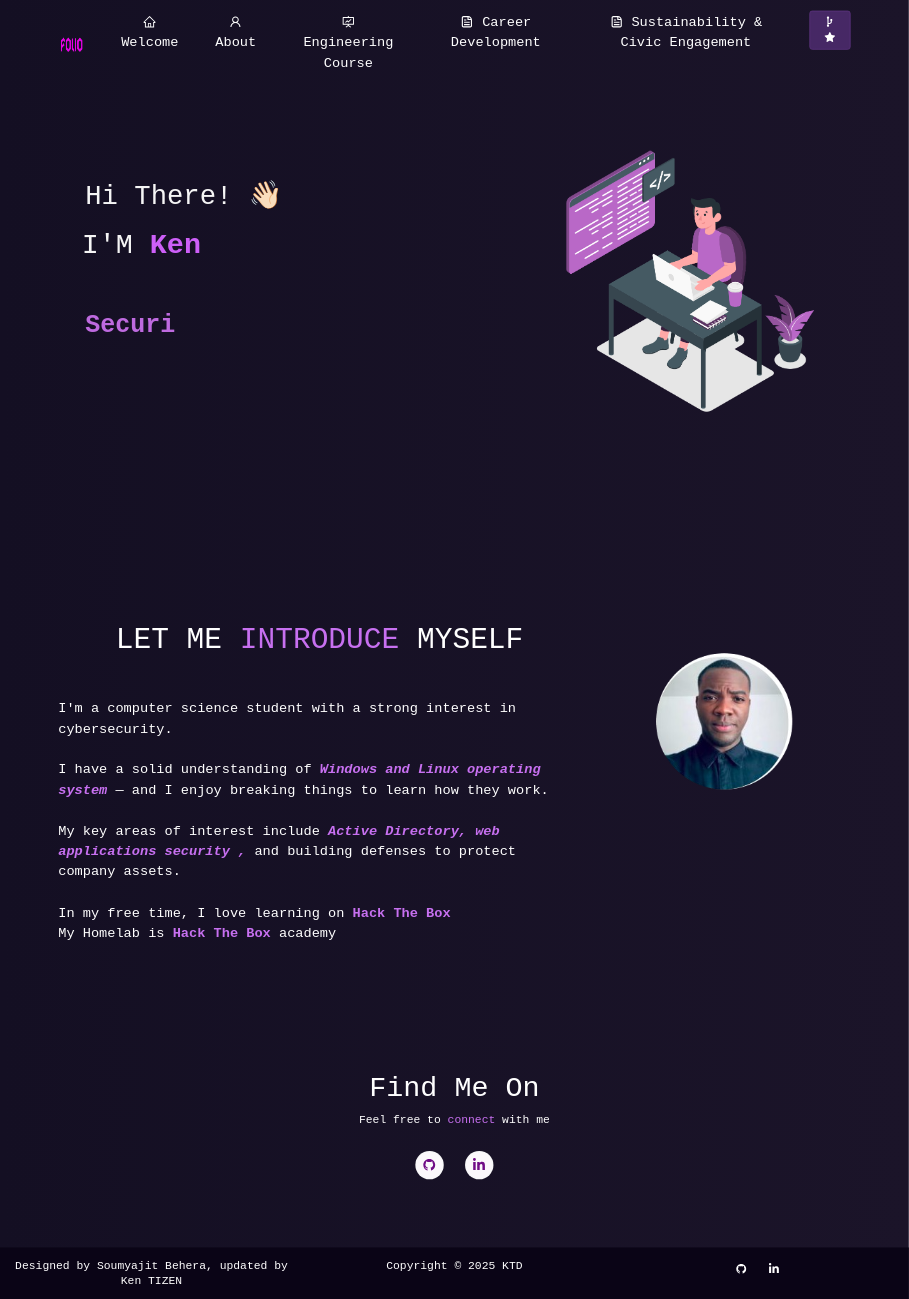
Repository: KenTizen17/ktdportfolio
Page: /
An editor plug-in stored every save of this project. The page is shown before and after the next save, followed by the edit.
The browser window is 1280 px wide. The pictures show the whole page, at 71% of full size.
Some web fonts or font styles are not loaded; a fallback is used. The project was rebuilt for these pictures with package versions that can differ from the ones it lists, and the page was loaded fresh each time. Also part of the build but not shown: src/components/About/Github.js, src/components/About/Techstack.js, src/components/About/AboutCard.js, src/components/About/Toolstack.js, src/components/About/About.js, src/components/Projects/ProjectCards.js, src/components/Projects/Projects.js, src/components/Resume/ResumeNew.js and 3 more. Imported but missing from the stored project, and not drawn on this page: src/Assets/CVKEN.pdf, src/Assets/CVKENFrench1.pdf, src/Assets/Ken_TIZEN-CEP.pdf.

Above is the page before, as saved 2025-11-30 18:08:52.

### public/index.html
<!DOCTYPE html>
<html lang="en">
  <head>
    <meta charset="utf-8" />
    <link rel="icon" href="%PUBLIC_URL%/favicon.png" />
    <meta name="viewport" content="width=device-width, initial-scale=1" />
    <meta name="theme-color" content="#000000" />
    <meta
      name="description"
      content="Web site created using create-react-app"
    />
    <link rel="manifest" href="%PUBLIC_URL%/manifest.json" />
    <title>Ken | Portfolio</title>
    <meta name="description" content="Forked website build with React.js" />

    <!-- Google / Search Engine Tags -->
    <meta itemprop="name" content="Ken | Portfolio" />
    <meta itemprop="description" content="Forked website build with React.js" />
    <meta
      itemprop="image"
      content="https://raw.githubusercontent.com/soumyajit4419/Portfolio/master/Images/readme-img.png?token=AK7VCIF5RYEUZZAURELPTAC76U6AK"
    />
  </head>

  <body>
    <noscript>You need to enable JavaScript to run this app.</noscript>
    <div id="root"></div>
  </body>
</html>

### src/components/Navbar.js
import React, { useState } from "react";
import Navbar from "react-bootstrap/Navbar";
import Nav from "react-bootstrap/Nav";
import Container from "react-bootstrap/Container";
import logo from "../Assets/brand4.png";
import Button from "react-bootstrap/Button";
import { Link } from "react-router-dom";
import { CgGitFork } from "react-icons/cg";
import {
  AiFillStar,
  AiOutlineHome,
  AiOutlineFundProjectionScreen,
  AiOutlineUser,
} from "react-icons/ai";

import { CgFileDocument } from "react-icons/cg";

function NavBar() {
  const [expand, updateExpanded] = useState(false);
  const [navColour, updateNavbar] = useState(false);

  function scrollHandler() {
    if (window.scrollY >= 20) {
      updateNavbar(true);
    } else {
      updateNavbar(false);
    }
  }

  window.addEventListener("scroll", scrollHandler);

  return (
    <Navbar
      expanded={expand}
      fixed="top"
      expand="md"
      className={navColour ? "sticky" : "navbar"}
    >
      <Container>
        <Navbar.Brand href="/" className="d-flex">
          <img src={logo} className="img-fluid logo" alt="brand" />
        </Navbar.Brand>
        <Navbar.Toggle
          aria-controls="responsive-navbar-nav"
          onClick={() => {
            updateExpanded(expand ? false : "expanded");
          }}
        >
          <span></span>
          <span></span>
          <span></span>
        </Navbar.Toggle>
        <Navbar.Collapse id="responsive-navbar-nav">
          <Nav className="ms-auto" defaultActiveKey="#home">
            <Nav.Item>
              <Nav.Link as={Link} to="/" onClick={() => updateExpanded(false)}>
                <AiOutlineHome style={{ marginBottom: "2px" }} /> Welcome
              </Nav.Link>
            </Nav.Item>

            <Nav.Item>
              <Nav.Link
                as={Link}
                to="/about"
                onClick={() => updateExpanded(false)}
              >
                <AiOutlineUser style={{ marginBottom: "2px" }} /> About
              </Nav.Link>
            </Nav.Item>

            <Nav.Item>
              <Nav.Link
                as={Link}
                to="/project"
                onClick={() => updateExpanded(false)}
              >
                <AiOutlineFundProjectionScreen
                  style={{ marginBottom: "2px" }}
                />{" "}
                Engineering Course
              </Nav.Link>
            </Nav.Item>

            <Nav.Item>
              <Nav.Link
                as={Link}
                to="/resume"
                onClick={() => updateExpanded(false)}
              >
                <CgFileDocument style={{ marginBottom: "2px" }} /> Career Development
              </Nav.Link>
            </Nav.Item>

            <Nav.Item>
              <Nav.Link
                as={Link}
                to="/civic"
                onClick={() => updateExpanded(false)}
              >
                <CgFileDocument style={{ marginBottom: "2px" }} /> Sustainability & Civic Engagement
              </Nav.Link>
            </Nav.Item>


            <Nav.Item className="fork-btn">
              <Button
                href="https://github.com/KenTizen17"
                target="_blank"
                className="fork-btn-inner"
              >
                <CgGitFork style={{ fontSize: "1.2em" }} />{" "}
                <AiFillStar style={{ fontSize: "1.1em" }} />
              </Button>
            </Nav.Item>
          </Nav>
        </Navbar.Collapse>
      </Container>
    </Navbar>
  );
}

export default NavBar;

### src/style.css
html {
  --section-background-color: linear-gradient(
    to bottom left,
    rgba(17, 16, 16, 0.582),
    rgba(12, 8, 24, 0.904)
  );

  --image-gradient: linear-gradient(
    to bottom left,
    rgba(17, 16, 16, 0.678),
    rgba(12, 10, 22, 0.863)
  );

  --imp-text-color: #c770f0;
}

.purple {
  color: var(--imp-text-color) !important;
}

button:focus {
  box-shadow: none !important;
}

/* --------- */
/*  Preloader */
/* --------- */
#preloader {
  position: fixed;
  top: 0;
  left: 0;
  width: 100%;
  height: 100%;
  z-index: 999999;
  background-color: #0c0513;
  background-image: url(./Assets/pre.svg);
  background-repeat: no-repeat;
  background-position: center;
}

#preloader-none {
  opacity: 0;
}

/* #preloader-none {
  opacity: 0;
  display: none;
} */

#no-scroll {
  overflow: hidden;
  height: 100vh;
}

/* --------- */
/*Scrollbar   */
/* --------- */

::-webkit-scrollbar {
  width: 7px;
}

/* Track */
::-webkit-scrollbar-track {
  background: #2d1950;
}

/* Handle */
::-webkit-scrollbar-thumb {
  background: rgba(178, 121, 216, 0.959);
  border-radius: 12px;
}

/* Handle on hover */
::-webkit-scrollbar-thumb:hover {
  background: rgba(222, 130, 235, 0.911);
  border-radius: 12px;
}

/* --------- */
/* Navbar Section  */
/* --------- */
.sticky {
  background-color: #1b1a2ea9 !important;
  transition: all 0.3s ease-out 0s !important;
  box-shadow: 0px 10px 10px 0px rgba(9, 5, 29, 0.171) !important;
  backdrop-filter: blur(15px) !important;
}

.navbar {
  position: fixed !important;
  transition: all 0.3s ease-out 0s !important;
  padding: 0.3rem 2rem !important;
  font-size: 1.2rem !important;

  display: flex !important;        /* make navbar a flex container */
  align-items: center !important;  /* vertically center items */
  justify-content: space-between !important; /* space between brand and toggler */
  flex-wrap: nowrap !important;    /* prevent wrapping */
}

.navbar-brand {
  white-space: nowrap !important;  /* prevent title from breaking into a new line */
  overflow: hidden !important;
  text-overflow: ellipsis !important; /* optional: truncate if too long */
}

.navbar-toggler {
  position: relative !important;
  background-color: transparent !important;
  border-color: transparent !important;
}

.navbar-toggler span {
  display: block !important;
  background-color: #be50f4 !important;
  height: 4px !important;
  width: 27px !important;
  margin: 5px 0 !important;
  transform: rotate(0deg) !important;
  left: 0 !important;
  opacity: 1 !important;
}

.navbar-toggler:focus,
.navbar-toggler:active {
  outline: 0 !important;
}

.navbar-toggler span:nth-child(1),
.navbar-toggler span:nth-child(3) {
  transition: transform 0.35s ease-in-out !important;
  transition: transform 0.35s ease-in-out !important;
}

.navbar-toggler:not(.collapsed) span:nth-child(1) {
  position: absolute !important;
  left: 12px !important;
  top: 10px !important;
  transform: rotate(135deg) !important;
  opacity: 0.9 !important;
}

.navbar-toggler:not(.collapsed) span:nth-child(2) {
  height: 12px !important;
  visibility: hidden !important;
  background-color: transparent !important;
}

.navbar-toggler:not(.collapsed) span:nth-child(3) {
  position: absolute !important;
  left: 12px !important;
  top: 10px !important;
  transform: rotate(-135deg) !important;
  opacity: 0.9 !important;
}

@media (max-width: 767px) {
  .navbar {
    padding: 1rem 2rem !important;
    font-size: 1.4rem !important;
    background-color: #181a27 !important;
  }
  .navbar-nav .nav-item a::after {
    display: none !important;
  }
}
.navbar-brand {
  color: rgb(250, 250, 250) !important;
}

.logo {
  height: 1.4em !important;
  width: 2.5em !important;
}

.navbar-nav .nav-link {
  color: white !important;
  padding-right: 1rem !important;
  padding-left: 1rem !important;
}

.nav-link {
  padding: 0.8rem 1rem !important;
}

@media (max-width: 767px) {
  .nav-link {
    padding: 0.7rem 1rem !important;
  }
}

.navbar-nav .nav-item {
  position: relative;
  margin-left: 20px;
}

.navbar-nav .nav-item a {
  font-weight: 400;
  transition: all 0.3s ease-out 0s;
  position: relative;
  z-index: 1;
}

.navbar-nav .nav-item a::after {
  content: "";
  position: relative;
  display: block;
  height: 5px;
  width: 0;
  border-radius: 16px;
  background: #c95bf5;
  bottom: 1px;
  left: 0;
  z-index: -1;
  transition: all 0.3s ease-out 0s;
}

.navbar-nav .nav-item a:hover::after {
  width: 100%;
}

/* --------- */
/* Home section */
/* --------- */
.wave {
  animation-name: wave-animation; /* Refers to the name of your @keyframes element below */
  animation-duration: 2.1s; /* Change to speed up or slow down */
  animation-iteration-count: infinite; /* Never stop waving :) */
  transform-origin: 70% 70%; /* Pivot around the bottom-left palm */
  display: inline-block;
}

@keyframes wave-animation {
  0% {
    transform: rotate(0deg);
  }
  10% {
    transform: rotate(14deg);
  } /* The following five values can be played with to make the waving more or less extreme */
  20% {
    transform: rotate(-8deg);
  }
  30% {
    transform: rotate(14deg);
  }
  40% {
    transform: rotate(-4deg);
  }
  50% {
    transform: rotate(10deg);
  }
  60% {
    transform: rotate(0deg);
  } /* Reset for the last half to pause */
  100% {
    transform: rotate(0deg);
  }
}
#tsparticles {
  position: fixed !important;
  background-repeat: no-repeat !important;
  background-size: cover !important;
  width: 100%;
  height: 100%;
}

.home-header {
  padding-top: 80px !important;
}

.home-section {
  position: relative;
  z-index: -1;
  /* background-image: var(--image-gradient), url(./Assets/home-bg.jpg); */
  background-position: top center;
  background-repeat: no-repeat;
  padding-bottom: 30px !important;
  padding-top: 30px !important;
}

.home-content {
  padding: 9rem 0 2rem !important;
  color: whitesmoke;
  text-align: left;
}

.heading {
  font-size: 2.4em !important;
  padding-left: 50px !important;
}

.heading-name {
  font-size: 2.5em !important;
  padding-left: 45px !important;
}

.main-name {
  color: #cd5ff8;
}

.Typewriter__wrapper {
  font-size: 2.2em !important;
  color: #be6adf !important;
  font-weight: 600 !important;
}
.Typewriter__cursor {
  font-size: 2.4em !important;
  color: #b562d6 !important;
}

@media (max-width: 767px) {
  .Typewriter__wrapper {
    font-size: 1.4em !important;
    font-weight: 500 !important;
    position: absolute !important;
  }
  .Typewriter__cursor {
    display: none !important;
  }
}

.myAvtar {
  justify-content: center !important;
  padding-top: 9em !important;
}

@media (max-width: 767px) {
  .myAvtar {
    padding-top: 2em !important;
    padding-bottom: 2em !important;
  }
}

.home-about-section {
  position: relative;
  padding-bottom: 70px !important;
  padding-top: 70px !important;
}

.home-about-description {
  color: white !important;
  padding-top: 100px !important;
  padding-bottom: 20px !important;
  text-align: center;
}

.home-about-body {
  padding-top: 50px;
  font-size: 1.2em !important;
  text-align: left;
}

.home-about-social {
  text-align: center !important;
  padding-top: 25px;
  color: white !important;
}

.home-about-social-links {
  justify-content: center !important;
  padding-top: 15px !important;
  display: inline-block !important;
  position: relative !important;
  padding-inline-start: 0 !important;
}

.home-social-icons {
  position: relative !important;
  display: inline-block !important;
  width: 40px !important;
  height: 40px !important;
  text-align: center !important;
  font-size: 1.2em !important;
  line-height: 2em !important;
  background: rgba(255, 255, 255, 0.972) !important;
  border-radius: 50% !important;
  transition: 0.5s !important;
}

.home-social-icons::before {
  content: "";
  position: absolute;
  top: 0;
  left: 0;
  width: 100%;
  height: 100%;
  border-radius: 50%;
  background: #68187a;
  transition: 0.5s;
  transform: scale(0.9);
  z-index: -1;
}

.home-social-icons:hover::before {
  transform: scale(1.1);
  box-shadow: 0 0 15px #801f95;
}

.home-social-icons:hover {
  color: #87209e;
  box-shadow: 0 0 5px #87209e;
  text-shadow: 0 0 2px #87209e;
}

.social-icons {
  display: inline-block !important;
  padding-right: 15px;
  padding-left: 15px;
}

.icon-colour {
  color: #700c86 !important;
}

/* --------- */
/* Footer */
/* --------- */
.footer {
  background-color: rgb(10, 4, 22);
  bottom: 0 !important;
  padding-top: 10px !important;
  padding-bottom: 8px !important ;
}
.footer-copywright {
  text-align: center !important;
}

.footer-body {
  z-index: 1;
  text-align: center !important;
}

@media (max-width: 767px) {
  .footer-copywright {
    text-align: center !important;
  }

  .footer-body {
    text-align: center !important;
  }
}

.footer h3 {
  font-size: 1em;
  color: white !important;
  margin-top: 0.5em !important;
  margin-bottom: 0.5em !important;
}
.footer-icons {
  margin-top: 0.5em !important;
  margin-bottom: 0.5em !important;
  padding: 0 !important;
}

.blockquote-footer {
  color: #a588c0 !important;
}
/* --------- */
/* Projects */
/* --------- */
.project-section {
  position: relative !important;
  padding-top: 150px !important;
  padding-bottom: 30px !important;
  background-image: var(--section-background-color) !important;
}

.project-card {
  padding-top: 50px !important;
  padding-bottom: 50px !important;
  padding-left: 25px !important;
  padding-right: 25px !important;
  height: auto !important;
}

.project-card-view {
  box-shadow: 0 4px 5px 3px rgba(119, 53, 136, 0.459) !important;
  color: white !important;
  background-color: transparent !important;
  opacity: 0.9 !important;
  transition: all 0.5s ease 0s !important;
  height: 100% !important;
}
.project-card-view:hover {
  transform: scale(1.02) !important;
  overflow: hidden !important;
  box-shadow: 0 4px 4px 5px rgba(129, 72, 144, 0.561) !important;
}

.blog-card {
  padding-top: 50px !important;
  padding-bottom: 50px !important;
  padding-left: 25px !important;
  padding-right: 25px !important;
  height: auto !important;
}

.blog-card-view {
  background-color: transparent !important;
  box-shadow: 0 3px 3px 2px rgba(145, 77, 161, 0.459) !important;
  color: white !important;
  transition: all 0.5s ease 0s !important;
  height: 100% !important;
}

.blog-link {
  color: white !important;
  text-decoration: none !important;
}

.blog-link:hover {
  cursor: pointer !important;
}

.blog-card-view:hover {
  transform: scale(1.02) !important;
  overflow: hidden !important;
  box-shadow: 0 3px 3px 5px rgba(155, 88, 173, 0.65) !important;
}

.card-img-top {
  padding: 20px !important;
  opacity: 0.8 !important;
  border-radius: 10px !important;
}

.blog-img {
  padding: 0px !important;
  opacity: 0.8 !important;
  border-radius: 0px !important;
}

.btn-primary {
  color: #fff !important;
  background-color: #623686 !important;
  border-color: #623686 !important;
}

.btn-primary:hover {
  color: #fff !important;
  background-color: #6d20c5d7 !important;
  border-color: #6d20c5d7 !important;
}
.btn:focus {
  outline: none !important;
  box-shadow: none !important;
}
.project-heading {
  color: white !important;
  font-size: 2.3em !important;
  font-weight: 500 !important;
  padding-top: 10px !important;
}

/* --------- */
/* About */
/* --------- */

.about-section {
  position: relative !important;
  padding-top: 150px !important;
  padding-bottom: 30px !important;
  /* background-image: var(--section-background-color) !important; */
  color: white !important;
}

.tech-icons {
  display: flex !important;
  align-self: center !important;
  justify-content: center !important;
  font-size: 1rem !important;
  margin: 15px !important;
  padding: 10px 20px !important;
  opacity: 0.93 !important;
  outline: 1.7px solid rgba(200, 137, 230, 0.637) !important;
  vertical-align: middle !important;
  text-align: center !important;
  border-radius: 24px !important;
  box-shadow: 4px 5px 4px 3px rgba(89, 4, 168, 0.137) !important;
  overflow: hidden !important;
  transition: all 0.4s ease 0s !important;
  width: fit-content !important;
  cursor: pointer !important;
  transition: outline-color 0.3s, outline-width 0.3s, transform 0.3s;
  color: white;
}

.tech-icons-text {
  display: flex;
  align-items: center;
  margin-left: 10px;
  color: white;
}

@media (max-width: 767px) {
  .tech-icons {
    margin: 10px !important;
  }
}

.tech-icons:hover {
  transform: scale(1.05) !important;
  overflow: hidden !important;
  outline: 2.2px solid rgba(197, 115, 230, 0.883) !important;
}
.tech-icon-images {
  height: 1.6rem;
  line-height: 1.6 !important;
}

.quote-card-view {
  border: none !important;
  color: white !important;
  background-color: transparent !important;
}

.about-activity {
  list-style: none !important;
  text-align: left !important;
  padding-left: 1px !important;
}

@media (max-width: 767px) {
  .about-img {
    padding-top: 0 !important;
  }
}
/* --------- */
/* Resume */
/* --------- */

.resume-section {
  position: relative !important;
  padding-top: 110px !important;
  padding-bottom: 30px !important;
  background-image: var(--section-background-color) !important;
  color: white !important;
}

.resume {
  padding-top: 50px;
  padding-bottom: 50px;
  justify-content: center;
}

.resume-left {
  padding-right: 80px !important;
}

.resume-right {
  padding-left: 80px !important;
}

@media (max-width: 767px) {
  .resume-left {
    padding-right: 15px !important;
    padding-left: 15px !important;
  }

  .resume-right {
    padding-right: 15px !important;
    padding-left: 15px !important;
  }
}
.resume .resume-title {
  font-size: 2em;
  font-weight: 700;
  padding-top: 30px;
  padding-bottom: 30px;
}

.resume .resume-item {
  padding: 0 0 10px 25px;
  margin-top: -2px;
  border-left: 2px solid #8a49a8;
  position: relative;
}

.resume .resume-item .resume-title {
  line-height: 18px;
  font-size: 0.9em;
  background: #5234795d;
  padding: 8px 15px;
  display: inline-block;
  font-weight: 600;
  margin-bottom: 10px;
}

.resume .resume-item ul {
  padding-left: 20px;
  text-align: justify;
}

.resume .resume-item ul li {
  padding-bottom: 10px;
  list-style: none;
}

.resume .resume-item:last-child {
  padding-bottom: 0;
}

.resume .resume-item::before {
  content: "";
  position: absolute;
  width: 16px;
  height: 16px;
  border-radius: 50px;
  left: -9px;
  top: 0;
  background: #fff;
  border: 2px solid #8a49a8;
}

.like-item {
  padding-top: 10px !important;
  font-size: 1.1em !important;
  font-family: sans-serif !important;
}

.like-btn {
  background-color: #934cce5e !important;
  border-color: #934cce5e !important;
  padding: 0.25rem 0.98rem !important;
  border-radius: 5px !important;
  line-height: 1.4 !important;
  transition: 0.3s ease !important;
}

.like-btn:hover {
  transform: translateY(-2px) !important;
  background-color: #a24dd386 !important;
  border-color: #a24dd386 !important;
}

.animate-like {
  animation-name: likeAnimation;
  animation-fill-mode: forwards;
  animation-duration: 0.85s;
}
@keyframes likeAnimation {
  0% {
    transform: scale(1.5);
  }
  100% {
    transform: scale(1);
  }
}

.fork-btn {
  font-size: 1.1em !important;
  padding-top: 10px !important;
}

.fork-btn-inner {
  line-height: 1.4em !important;
  background-color: #934cce5e !important;
  padding: 0.25rem 1.1rem !important;
  vertical-align: middle !important;
  text-align: center !important;
}

.fork-btn-inner:hover {
  transform: translateY(-2px) !important;
  background-color: #a24dd386 !important;
  border-color: #a24dd386 !important;
}
.fork-btn-inner::after {
  display: none !important;
}

### src/components/Particle.js
import React from "react";
import Particles from "react-tsparticles";

function Particle() {
  return (
    <Particles
      id="tsparticles"
      params={{
        particles: {
          number: {
            value: 160,
            density: {
              enable: true,
              value_area: 1500,
            },
          },
          line_linked: {
            enable: false,
            opacity: 0.03,
          },
          move: {
            direction: "right",
            speed: 0.05,
          },
          size: {
            value: 1,
          },
          opacity: {
            anim: {
              enable: true,
              speed: 1,
              opacity_min: 0.05,
            },
          },
        },
        interactivity: {
          events: {
            onclick: {
              enable: true,
              mode: "push",
            },
          },
          modes: {
            push: {
              particles_nb: 1,
            },
          },
        },
        retina_detect: true,
      }}
    />
  );
}

export default Particle;

### src/components/Home/Type.js
import React from "react";
import Typewriter from "typewriter-effect";

function Type() {
  return (
    <Typewriter
      options={{
        strings: [
          "Purple Teamer",
          "Security Engineer",
          "Self Learner",

        ],
        autoStart: true,
        loop: true,
        deleteSpeed: 50,
      }}
    />
  );
}

export default Type;

Loaded but not shown: src/index.js (common file); src/index.css (common file); src/reportWebVitals.js (common file); src/components/Pre.js (common file); src/components/ScrollToTop.js (common file); src/App.css (common file); src/components/Home/Home.js (87 lines, source omitted); src/components/Home/Home2.js (56 lines, source omitted); src/App.js (52 lines, source omitted); src/components/Footer.js (49 lines, source omitted)

After the next save:
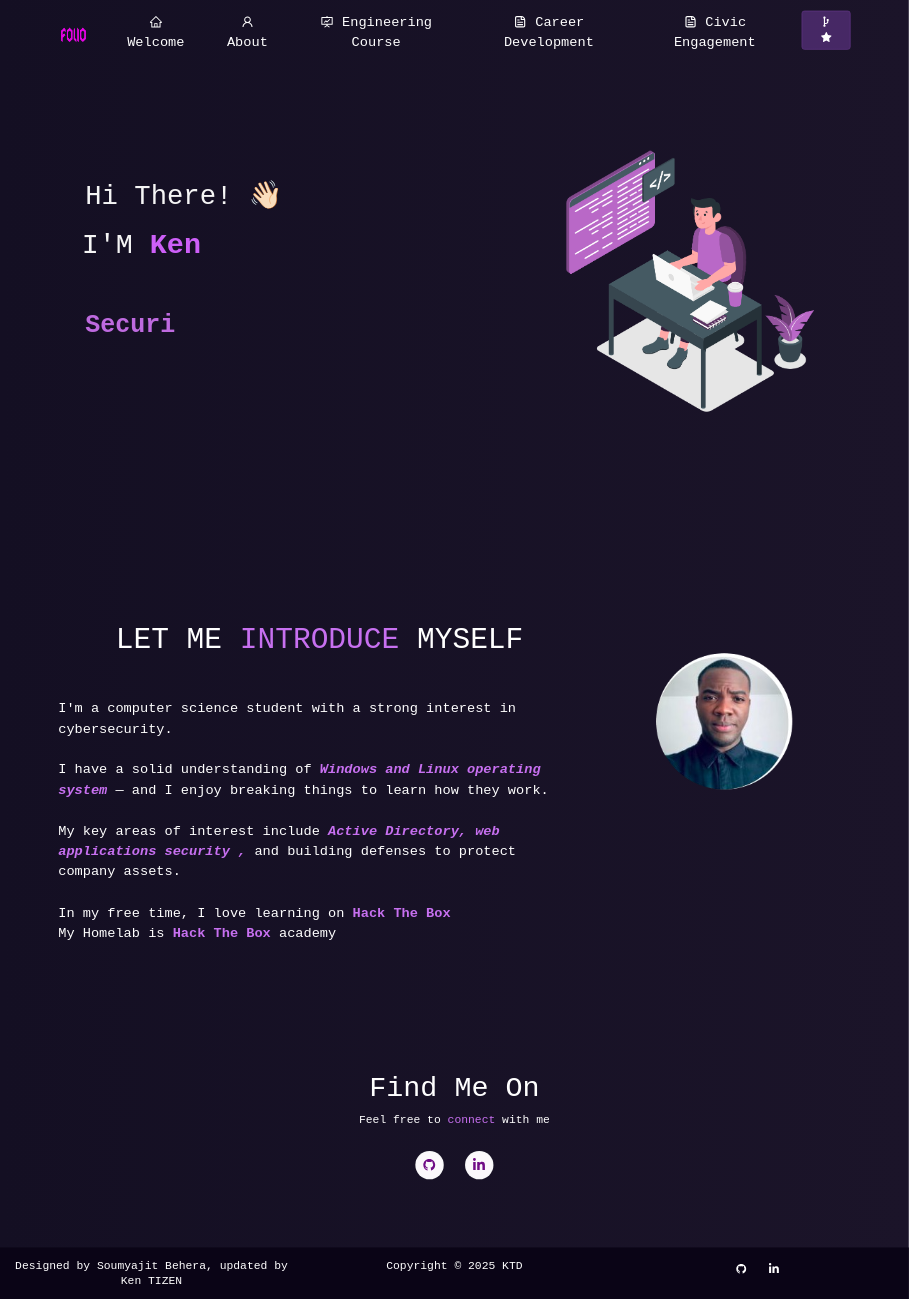
Saved 21 s later.
--- a/src/components/Navbar.js
+++ b/src/components/Navbar.js
@@ -97,7 +97,7 @@ function NavBar() {
                 to="/civic"
                 onClick={() => updateExpanded(false)}
               >
-                <CgFileDocument style={{ marginBottom: "2px" }} /> Sustainability & Civic Engagement
+                <CgFileDocument style={{ marginBottom: "2px" }} /> Civic Engagement
               </Nav.Link>
             </Nav.Item>
 
